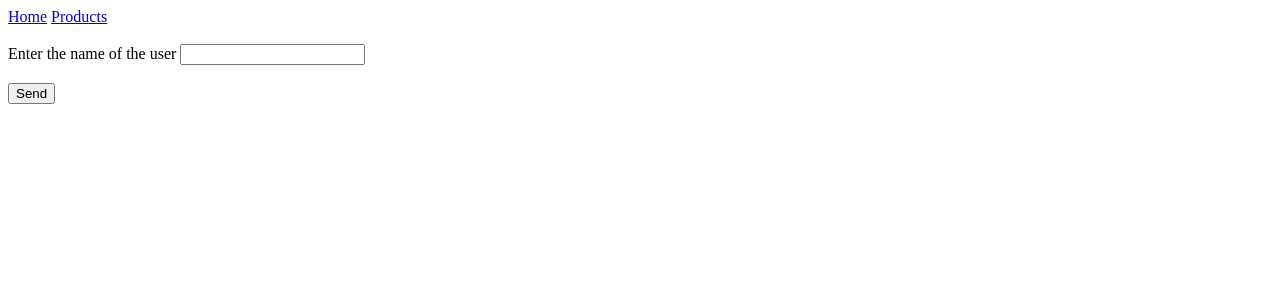
Repository: ibrar-uzair/Node-Course
Page: http://localhost/
An editor plug-in stored every save of this project. The page is shown before and after the next save, followed by the edit.
The browser window is 1280 px wide. The pictures show the whole page.
The page is served by the project's Node server (play.js). Other server files are loaded and not shown.

Above is the page before, as saved 2021-11-17 09:55:09.

### views/add-product.html
<!DOCTYPE html>
<html lang="en">
<head>
    <meta charset="UTF-8">
    <meta http-equiv="X-UA-Compatible" content="IE=edge">
    <meta name="viewport" content="width=device-width, initial-scale=1.0">
    <title>Document</title>
    <!-- <link type="text/css" href="css/styles.css" rel="stylesheet"> -->
</head>
<body>
    <header>
        <div class="topnav">
            <a class="/" href="#home">Home</a>
            <a href="/show-all/">Products</a>
        </div>
        <br>
        <container>
            <form action="/add-user" method="POST">
                <label>
                    Enter the name of the user
                </label>
                <input type="text" name="name"></input><br>
                <br>
                <button>Send</button>
            </form>
        </container>
    </header>
</body>
</html>

### play.js

const path=require('path');

const http=require('http');
const { parse } = require('path/posix');

const express=require('express');
const bodyParser = require('body-parser');

const app=express();

app.use(bodyParser.urlencoded({extended:false}))

const adminRoutes=require('./routes/admin')
const shopRoutes=require('./routes/shop')

app.use(shopRoutes);
app.use(adminRoutes.router);

app.use((req,res,next)=>{
    res.status(404).sendFile(path.join(__dirname,'views','pagenotfound.html'))
})


app.use(express.static("public"));

const server =http.createServer(app);



console.log("Server is listening on port 3000");
server.listen(3000)

### routes/admin.js

const express =require('express')
const path=require('path');

const dirRoot=require('../utils/paths')

const router = express.Router()

const users=["Ahmed","Ali"]

router.get("/",(req,res,next)=>{
    res.sendFile(path.join(dirRoot,'views','add-product.html'))
})



module.exports.router=router
module.exports.users=users

### utils/paths.js
const path =require('path')


module.exports=path.dirname(process.mainModule.filename)

### public/css/styles.css
.topnav {
background-color: #333;
overflow: hidden;
}

.topnav a {
float: left;
color: #f2f2f2;
text-align: center;
padding: 14px 16px;
text-decoration: none;
font-size: 17px;
}

.topnav a:hover {
background-color: #ddd;
color: black;
}

.topnav a.active {
background-color: #04AA6D;
color: white;
}

After the next save:
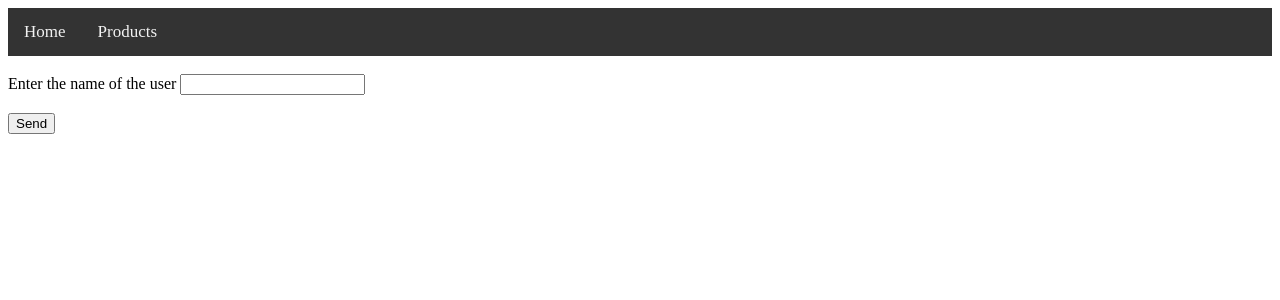
Saved 75 s later.
--- a/views/add-product.html
+++ b/views/add-product.html
@@ -5,7 +5,7 @@
     <meta http-equiv="X-UA-Compatible" content="IE=edge">
     <meta name="viewport" content="width=device-width, initial-scale=1.0">
     <title>Document</title>
-    <!-- <link type="text/css" href="css/styles.css" rel="stylesheet"> -->
+    <link type="text/css" href="css/styles.css" rel="stylesheet">
 </head>
 <body>
     <header>
